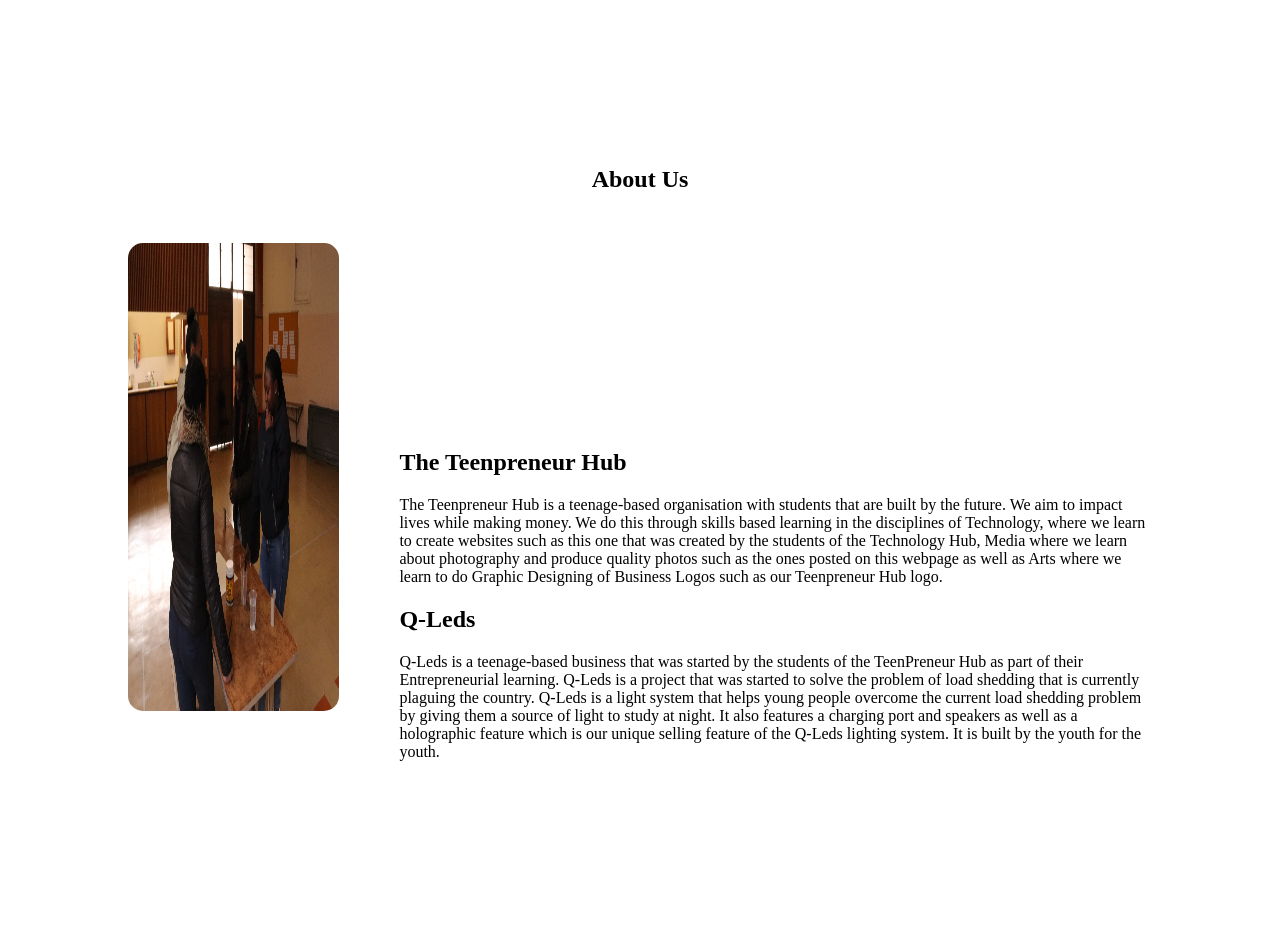
Repository: chadrackkyungu/4-BCT-TPH-Website
Page: index.html
These files come from the project's save history. The page is drawn as it stood at one moment and after the next save; the edit follows.
The browser window is 1280 px wide. The pictures show the part of the page from y = 824 to 1776 px (the page is 2781 px tall).
A picture or video elsewhere on the page could not be fetched, so the positions and the page height are approximate.

Above is the page before, as saved 2022-10-21 09:19:50.

### index.html
<!DOCTYPE html>
<html lang="en">

<head>
    <meta charset="UTF-8">
    <meta http-equiv="X-UA-Compatible" content="IE=edge">
    <meta name="viewport" content="width=device-width, initial-scale=1.0">
    <title> TPH LAB </title>
    <link rel="stylesheet" href="/src/css/style.css">
</head>

<body>

    <div class="navigation">
        <div class="logocontainer">
            <img class="image1" src="./src/images/logo.png" alt="">
        </div>

        <ul class="nav-link">
            <a href="#about">
                <li>About</li>
            </a>
            <a href="#product">
                <li>Our Product</li>
            </a>
            <a href="#contact">
                <li>Contact Us</li>
            </a>
        </ul>
    </div>

    <div class="section1">
        <h2 class="title"> TEEN PRENEUR HUB 2022</h2>

        <div class="image-container">
            <img src="./src/images/img-2.jpeg" alt="">
        </div>
    </div>

    <div class="section1">
        <a id="about">
            <h2 class="title"> About Us</h2>
        </a>

        <div class="aboutcontainer">
            <div class="image-container">
                <img src="./src/images/img-6.jpeg" alt="">
            </div>


            <div class="contentcontainer">
                <h2>The Teenpreneur Hub</h2>

                <p>The Teenpreneur Hub is a teenage-based organisation with students that are built by the future. We aim to impact lives while making money. We do this through skills based learning in the disciplines of Technology, where we learn to create
                    websites such as this one that was created by the students of the Technology Hub, Media where we learn about photography and produce quality photos such as the ones posted on this webpage as well as Arts where we learn to do Graphic
                    Designing of Business Logos such as our Teenpreneur Hub logo.</p>

                <h2>Q-Leds</h2>

                <p>Q-Leds is a teenage-based business that was started by the students of the TeenPreneur Hub as part of their Entrepreneurial learning. Q-Leds is a project that was started to solve the problem of load shedding that is currently plaguing
                    the country. Q-Leds is a light system that helps young people overcome the current load shedding problem by giving them a source of light to study at night. It also features a charging port and speakers as well as a holographic feature
                    which is our unique selling feature of the Q-Leds lighting system. It is built by the youth for the youth.
                </p>

            </div>

        </div>
    </div>

    <div class="section1">
        <a id="product">
            <h2 class="title">Our Product</h2>
        </a>


        <div class="productcontainer">
            <div class="prductimagecontainer">
                <img src="./imagine.jpg" alt="">
            </div>
            <div class="prductimagecontainer">
                <img src="./imagine.jpg" alt="">
            </div>
            <div class="prductimagecontainer">
                <img src="./imagine.jpg" alt="">
            </div>
            <div class="prductimagecontainer">
                <img src="./imagine.jpg" alt="">
            </div>
            <div class="prductimagecontainer">
                <img src="./imagine.jpg" alt="">
            </div>
            <div class="prductimagecontainer">
                <img src="./imagine.jpg" alt="">
            </div>

        </div>
    </div>

    <div class="section1">
        <a id="contact">
            <h2 class="title"> Contact Us</h2>
        </a>

        <div class="contactcontainer">
            <div class="contactcontent">
                <P>Address: 52 Fife Avenue, Berea, Johannesburg, 2198</P>
                <p>Contact us on: 063 397 3539</p>
                <p>Email us on: mashudu@teenagers.org.za</p>
                <p><a href="https://teenagers.org.za/" target=" "> Website: www.teenagers.org.za </a></p>
                <p>Facebook: Teenagers Empowerment Program</p>
                <p>Instagram: @teenagersza</p>
            </div>
        </div>
    </div>

    <div class="nav-link"> </div>
</body>
<html>

### src/css/style.css
html,
body {
    box-sizing: 0;
    margin: 0;
    padding: 0;
}


/* NAVBAR */

.navigation {
    background-color: #509e2e;
    display: flex;
    justify-content: space-around;
    align-items: center;
}

.image1 {
    width: 100px;
}

.nav-link {
    display: flex;
}

.nav-link li {
    list-style-type: none;
    padding: 5px;
    color: white;
}

.nav-link a {
    text-decoration: none !important;
}


/* SECTION 1 */

.section1 {
    width: 80%;
    margin: 0 auto;
}

img {
    border-radius: 15px;
}

.title {
    text-align: center;
    margin-bottom: 50px;
    margin-top: 50px;
}

.image-container {
    width: 100%;
    height: 100vh;
}

.image-container img {
    width: 100%;
    height: 65% !important;
}

.aboutcontainer {
    display: flex;
    justify-content: space-around;
    align-items: center;
}

.contentcontainer {
    margin-left: 60px;
}

.productcontainer {
    display: grid;
    grid-template-columns: 1fr 1fr 1fr;
    gap: 20px;
}

.prductimagecontainer {
    width: 100%;
}

.prductimagecontainer img {
    width: 100%;
}

.contactcontainer {
    display: flex;
    justify-content: center;
    align-items: center;
}

.contactcontent {
    margin: auto 0;
    text-align: center;
}

.logocontainer {
    width: 10%;
}

.logocontainer img {
    width: 50%;
    border-radius: 100%;
}

After the next save:
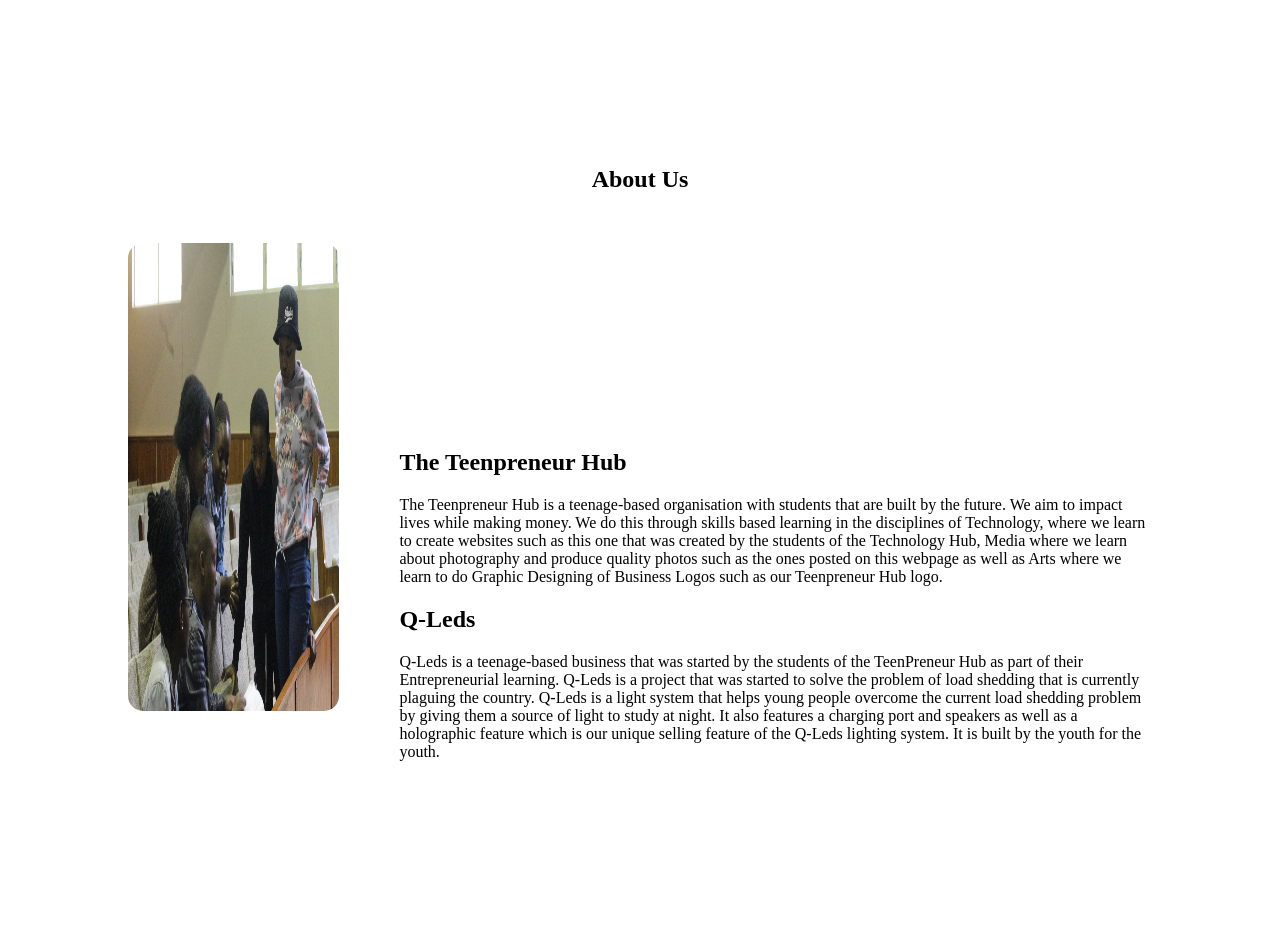
Saved 4 s later.
--- a/index.html
+++ b/index.html
@@ -44,7 +44,7 @@
 
         <div class="aboutcontainer">
             <div class="image-container">
-                <img src="./src/images/img-6.jpeg" alt="">
+                <img src="./src/images/img-7.jpeg" alt="">
             </div>
 
 
